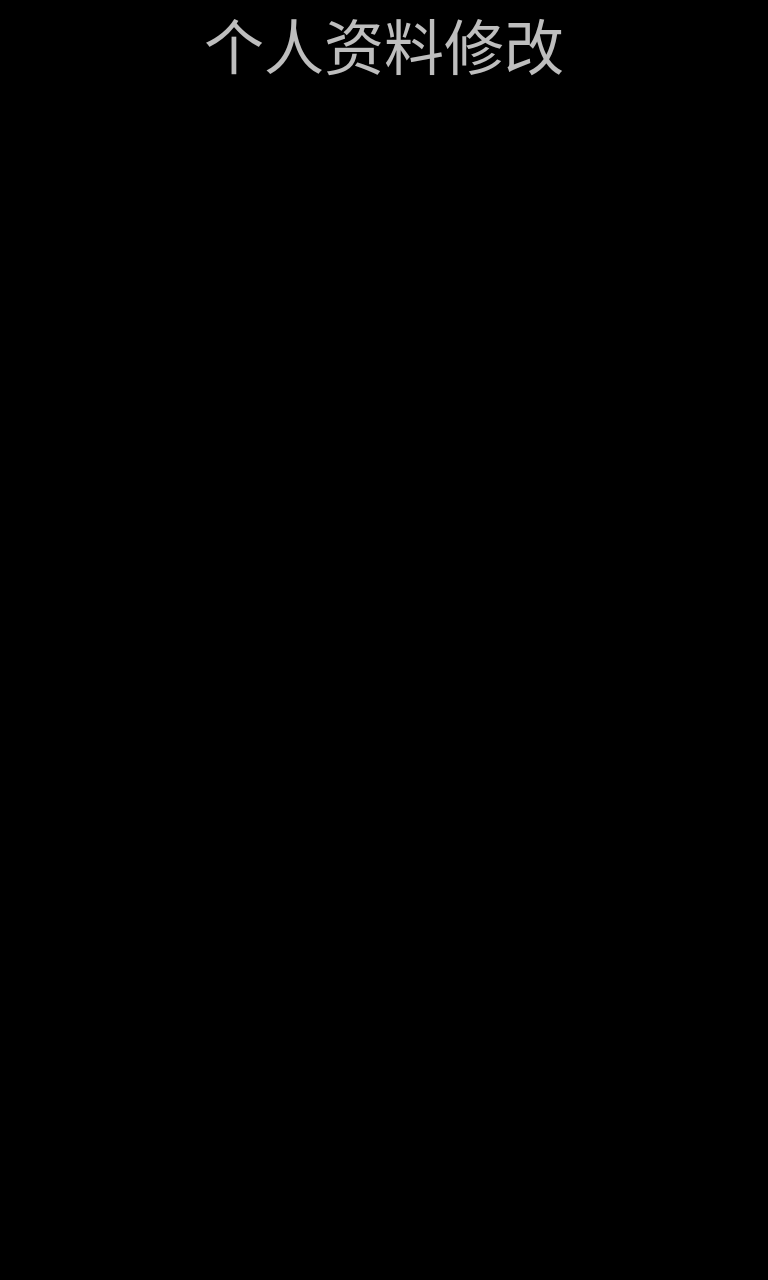
Repository: jcyfkimi/Android-TaoTao
Layout: TaoTao/res/layout/manageuserinfo.xml
An editor plug-in stored every save of this project. The layout is shown before and after the next save, followed by the edit.
It is drawn on a 768 x 1280 px phone screen (xhdpi) without system bars, with theme android:Theme; the app's code is not run.

Above is the layout before, as saved 2011-09-16 05:52:01.

After the next save:
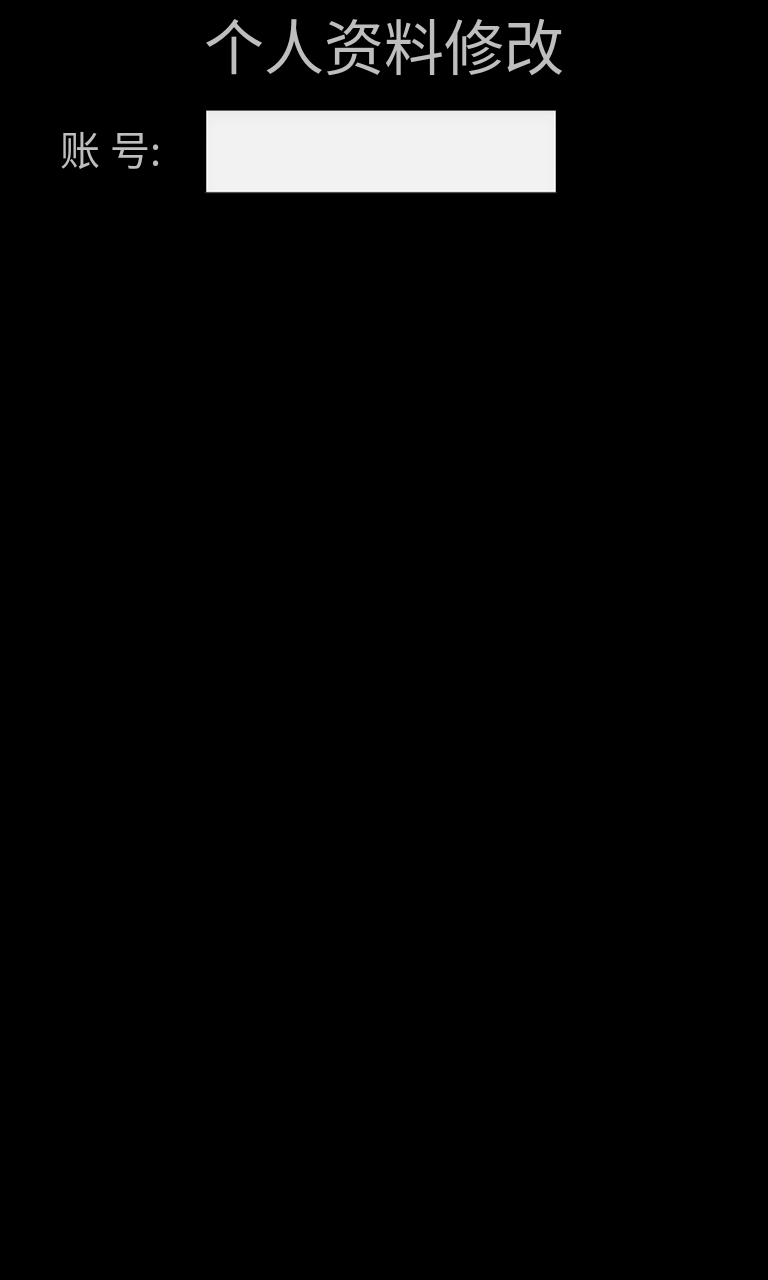
Saved 3 min 38 s later.
--- a/TaoTao/res/layout/manageuserinfo.xml
+++ b/TaoTao/res/layout/manageuserinfo.xml
@@ -11,4 +11,21 @@
     	android:layout_gravity="center_horizontal"
     	android:text="@string/manageinfoupdate"
     	android:textSize="30dip"/>
+   	<LinearLayout
+	  xmlns:android="http://schemas.android.com/apk/res/android"
+	  android:orientation="horizontal"
+	  android:layout_width="wrap_content"
+	  android:layout_height="wrap_content">
+	  <TextView android:layout_width="wrap_content"
+	  	android:layout_height="wrap_content"
+	  	android:layout_marginLeft="30dip"
+	  	android:layout_marginTop="10dip"
+	  	android:text="@string/reguname"
+	  	android:textSize="20dip"/>
+	  <EditText android:id="@+id/regname"
+	  	android:layout_width="180dip"
+	  	android:layout_height="wrap_content"
+	  	android:layout_marginLeft="20dip"
+	  	android:layout_marginTop="10dip"/>
+	  </LinearLayout>
 </LinearLayout>
